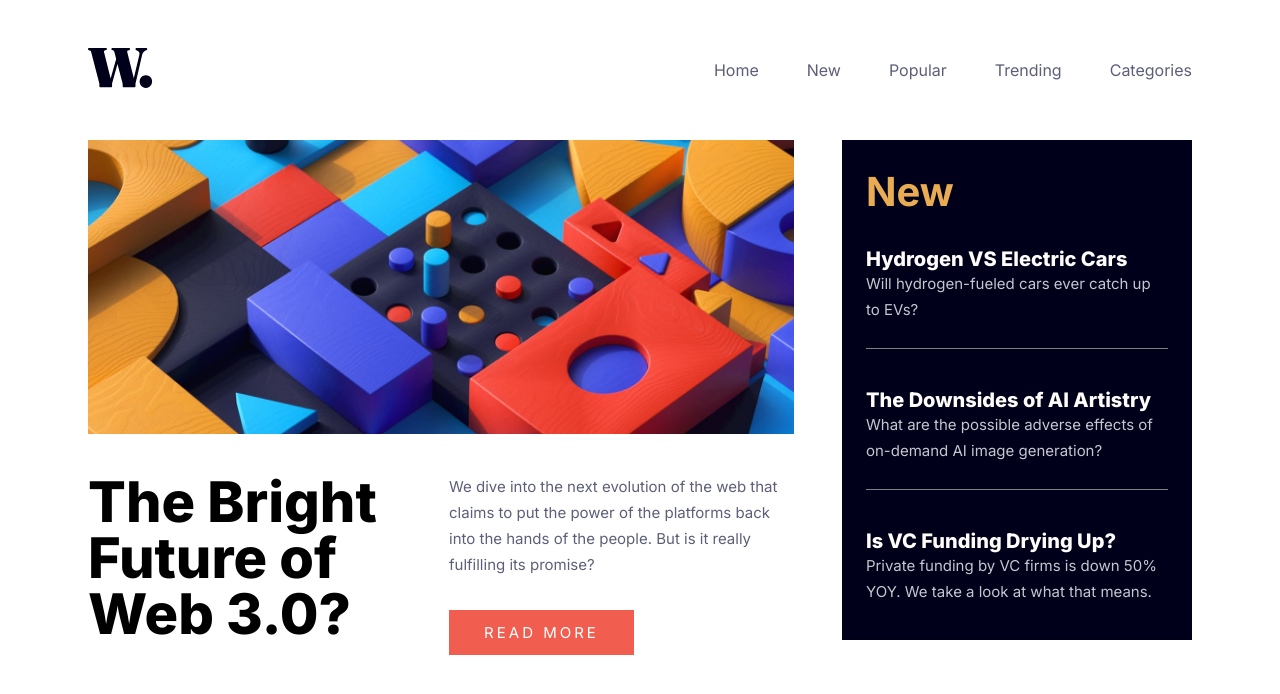
Repository: DevAntonioRogers/FrontendMentor-News-Homepage
Page: index.html
These files come from the project's save history. The page is drawn as it stood at one moment and after the next save; the edit follows.
The browser window is 1280 px wide. The pictures show the whole page.

Above is the page before, as saved 2023-04-22 15:29:45.

### index.html
<!DOCTYPE html>
<html lang="en">
  <head>
    <meta charset="UTF-8" />
    <meta http-equiv="X-UA-Compatible" content="IE=edge" />
    <meta name="viewport" content="width=device-width, initial-scale=1.0" />
    <link rel="stylesheet" href="styles.css" />
    <title>Document</title>
  </head>
  <body>
    <nav>
      <div class="logo">
        <img src="./assets/logo.svg" alt="logo" />
      </div>
      <ul class="nav-menu">
        <li>Home</li>
        <li>New</li>
        <li>Popular</li>
        <li>Trending</li>
        <li>Categories</li>
      </ul>
      <div class="mobile-icons">
        <img src="./assets/icon-menu.svg" alt="" />
        <img src="./assets/icon-menu-close.svg" alt="" />
      </div>
    </nav>

    <section class="hero">
      <div class="left">
        <picture>
          <source srcset="assets/image-web-3-mobile.jpg" media="(max-width: 768px)" />
          <img src="assets/image-web-3-desktop.jpg" alt="banner" />
        </picture>
        <article class="hero-article">
          <div class="hero-article-left">
            <h1>The Bright Future of Web 3.0?</h1>
          </div>
          <div class="hero-article-right">
            <div>
              <p>
                We dive into the next evolution of the web that claims to put the power of the platforms back into the
                hands of the people. But is it really fulfilling its promise?
              </p>
              <button>Read More</button>
            </div>
          </div>
        </article>
      </div>

      <div class="right">
        <h1>New</h1>

        <div>
          <h3>Hydrogen VS Electric Cars</h3>
          <p>Will hydrogen-fueled cars ever catch up to EVs?</p>
        </div>

        <div>
          <h3>The Downsides of AI Artistry</h3>
          <p>What are the possible adverse effects of on-demand AI image generation?</p>
        </div>

        <div>
          <h3>Is VC Funding Drying Up?</h3>
          <p>Private funding by VC firms is down 50% YOY. We take a look at what that means.</p>
        </div>
      </div>
    </section>
  </body>
</html>

### styles.css
@import url('https://fonts.googleapis.com/css2?family=Inter:wght@400;700;800&display=swap');

*{
  box-sizing: border-box;
  margin: 0;
  padding: 0;
  font-family: 'Inter', sans-serif;
}

/* img{
  width: 100%;
  height: 100%;
} */

body{
  max-width: 1200px;
  margin: auto;
  padding: 3rem;
}

a{
  text-decoration: none;
}

li{
  list-style: none;
}

/* NAVBAR STYLES */

nav{
  display: flex;
  justify-content: space-between;
  align-items: center;
}

.nav-menu{
  display: flex;
  gap: 3rem;
}

.nav-menu{
  color: hsl(236, 13%, 42%);
}

.mobile-icons{
  display: none;
}

/* HERO STYLES */

.hero{
  display: flex;
  justify-content: center;
  gap: 3rem;
  margin-top: 3rem;
  max-height: 500px;
}

.left{
  display: flex;
  flex-direction: column;
}

.left img{
  max-width: 100%;
  height: 100%;
}

.hero-article{
  display: grid;
  grid-template-columns: 1fr 1fr;
  margin-top: 2.5rem;
  gap: 1rem;
  height: auto
}

.hero-article h1{
  font-weight: 800;
  font-size: 56px;
  line-height: 56px;
}



.hero-article button{
  color: white;
  background-color: hsl(5, 85%, 63%);
  width: 185px;
  padding: 0.8rem;
  font-size: 15px;
  letter-spacing: 3px;
  text-transform: uppercase;
  border: none;
}


.hero-article p{
  font-weight: 400;
  font-size: 15px;
  line-height: 26px;
  color: hsl(236, 13%, 42%);
  margin-bottom: 2rem;
}

.hero-article-right{
  display: flex;
}










.right{
  background-color: hsl(240, 100%, 5%);
  color: white;
  padding: 2rem 1.5rem;
  display: flex;
  flex-direction: column;
  gap: 2rem;
  min-width: 350px;
}

.right h1{
  font-size: 40px;
  color: hsl(35, 77%, 62%);
  line-height: 40px;
  font-weight: 700;
}

.right h3 {
  font-weight: 800;
  font-size: 20px;
  line-height: 24px;
  color: hsl(36, 100%, 99%);
}

.right p{
  font-weight: 400;
  font-size: 15px;
  line-height: 26px;
  color: hsl(233, 8%, 79%);
}

.right div{
  margin: auto;
  border-bottom: solid 1px grey;
  padding-bottom: 25px;
}

.right div:nth-child(4){
  border: none;
  padding-bottom: 0;
}

After the next save:
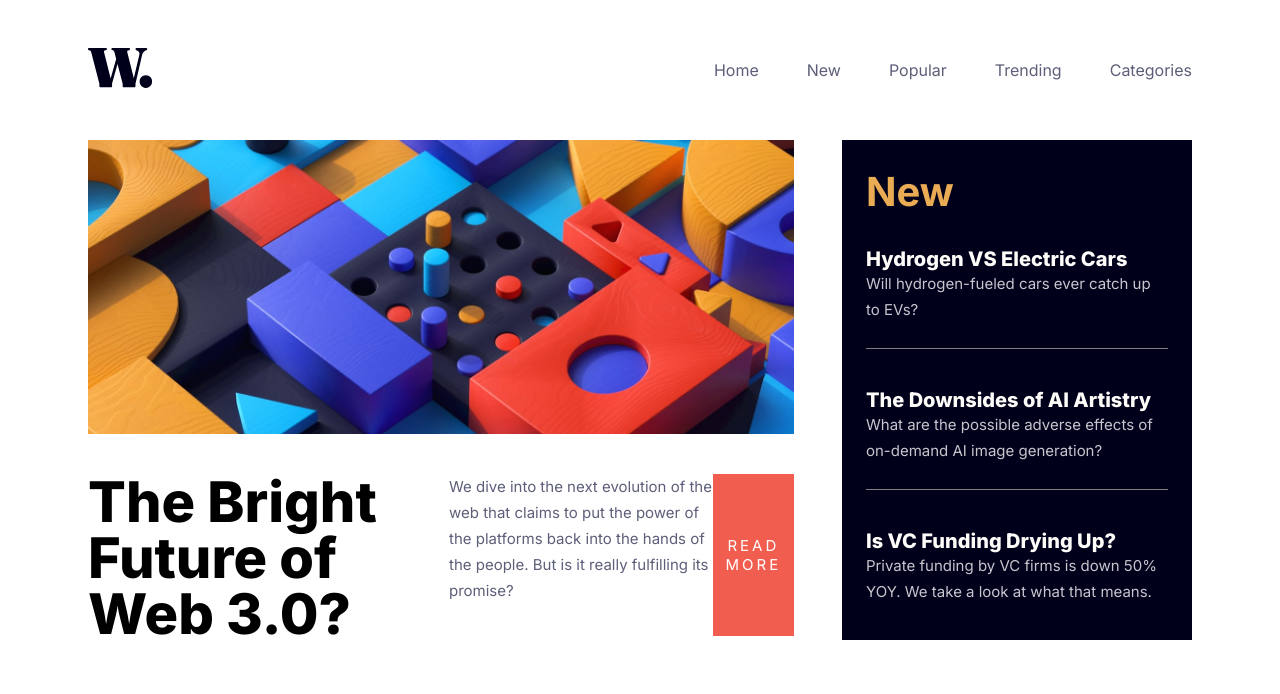
Saved 18 s later.
--- a/styles.css
+++ b/styles.css
@@ -103,7 +103,7 @@
   margin-bottom: 2rem;
 }
 
-.hero-article-right{
+.hero-article-right div{
   display: flex;
 }
 

After the save that followed:
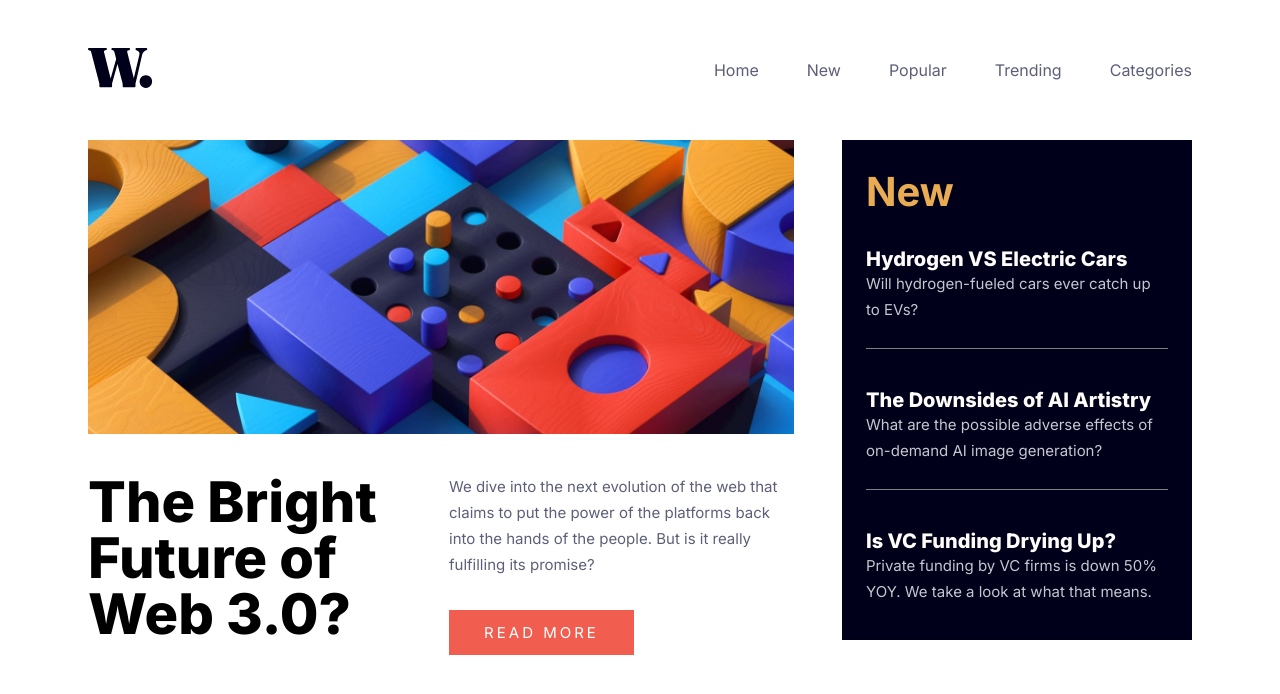
Saved 9 s later.
--- a/styles.css
+++ b/styles.css
@@ -105,6 +105,7 @@
 
 .hero-article-right div{
   display: flex;
+  flex-direction: column;
 }
 
 
